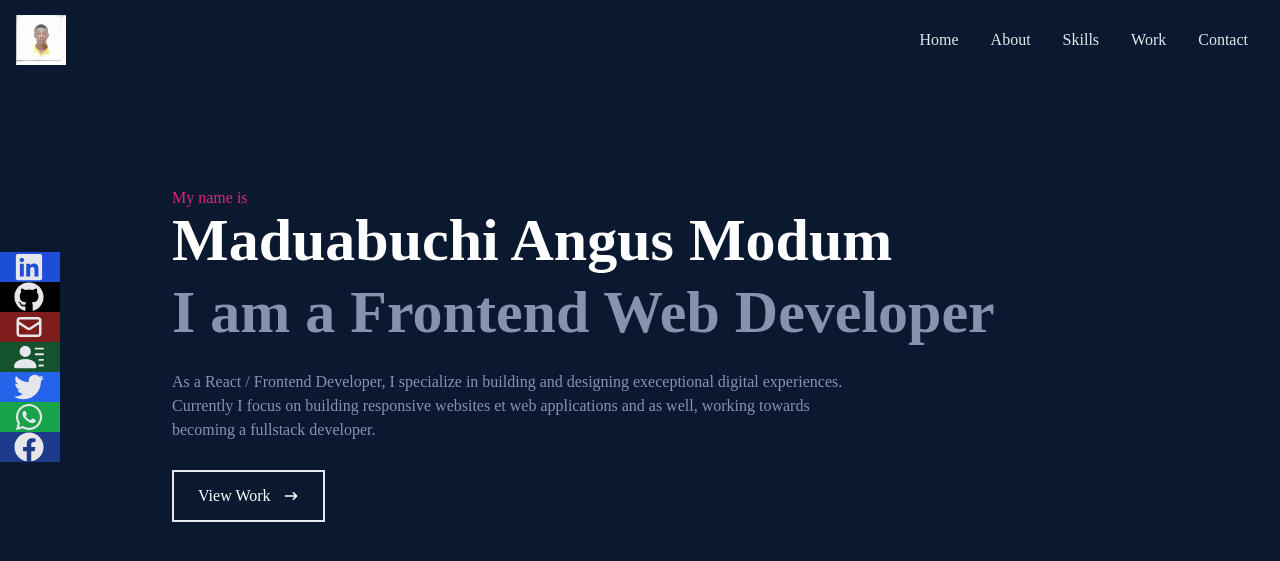
Repository: AngusOnyebuchi/Dashboard
Page: /
The author's editor kept a copy of each file at every save. The page is drawn from the files as they stood at one save, then again after the next save.
The browser window is 1280 px wide. The pictures show the whole page.
The project was rebuilt for these pictures with package versions that can differ from the ones it lists, and the page was loaded fresh each time.

Above is the page before, as saved 2022-04-13 22:52:09.

After the next save:
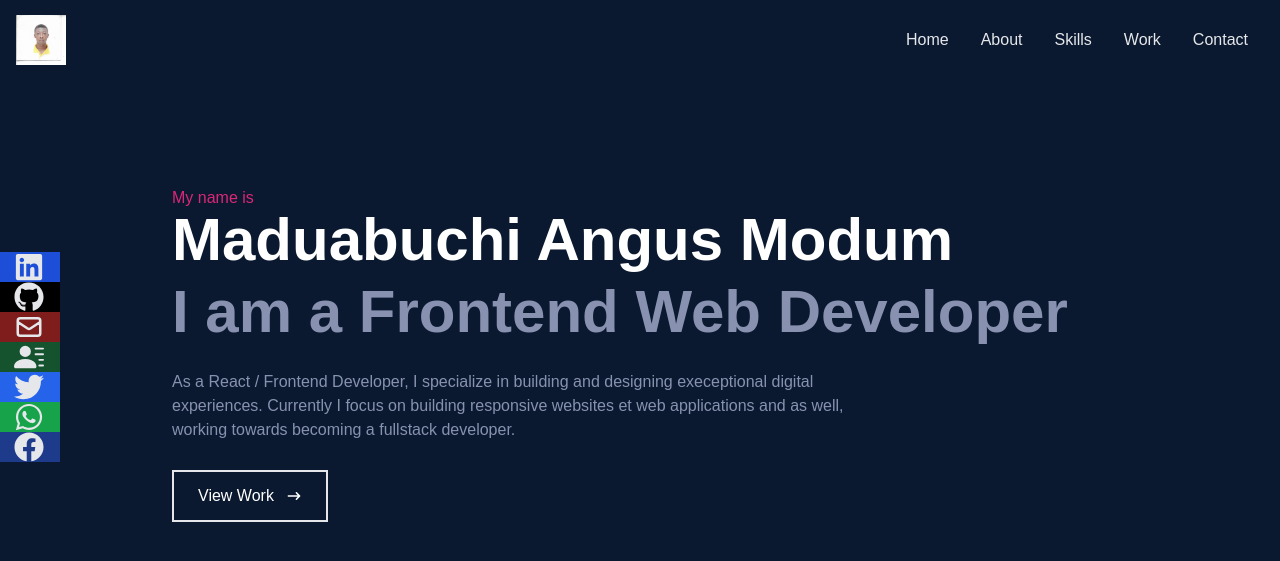
Saved 3 min 8 s later.
--- a/src/style.css
+++ b/src/style.css
@@ -4,7 +4,7 @@
 
 @layer base {
     body{
-        @apply font-[Railway];
+        @apply font-[Sans-serif];
     }
     li {
         @apply px-4;
